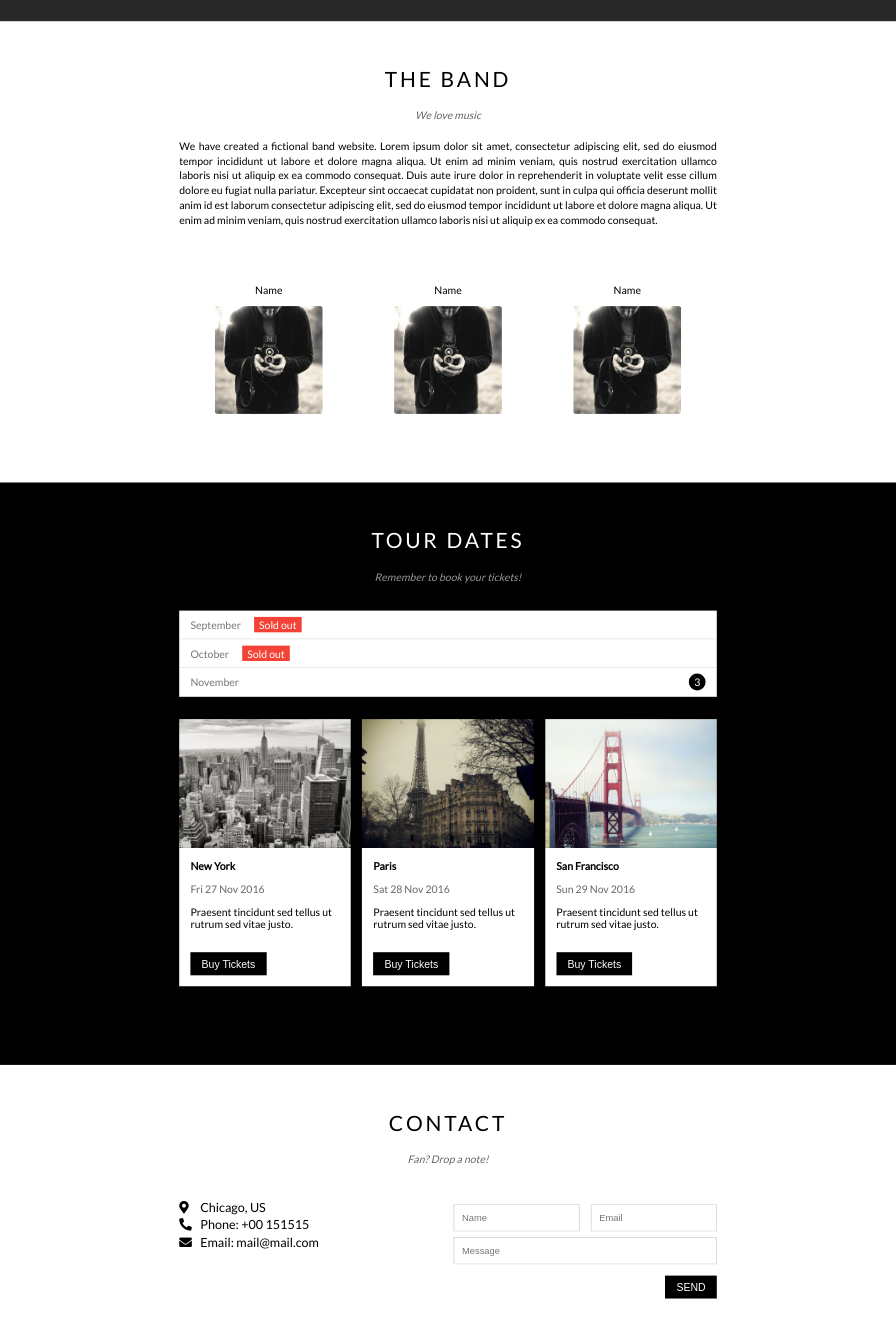
Repository: nguyenthaicong265/w3-band
Page: index.html
An editor plug-in stored every save of this project. The page is shown before and after the next save, followed by the edit.
The browser window is 1280 px wide. The pictures show the part of the page from y = 655 to 2575 px (the page is 2575 px tall before and 2527 px after), at 70% of full size.

Above is the page before, as saved 2022-01-05 01:16:23.

### index.html
<!DOCTYPE html>
<html lang="en">
<head>
    <meta charset="UTF-8">
    <meta http-equiv="X-UA-Compatible" content="IE=edge">
    <meta name="viewport" content="width=device-width, initial-scale=1.0">
    <title>Document</title>
    <link rel="stylesheet" href="./assets/css/styles.css">
    <link rel="stylesheet" href="https://fonts.googleapis.com/css?family=Lato">
    <link rel="stylesheet" href="./assets/font/themify-icons-font/themify-icons/themify-icons.css">
    <link rel="stylesheet" href="./assets/font/fontawesome-free-5.15.4-web/css/all.css">
</head>
<body>
    <div id="main">
        <div id="header">
            <ul id="nav">
                <li><a href="">Home</a></li>
                <li><a href="">Band</a></li>
                <li><a href="">Tour</a></li>
                <li><a href="">Contact</a></li>
                <li>
                    <a href="#">
                        More
                        <i class="fas fa-sort-down"></i>
                    </a>
                    <ul class="subnav">
                        <li><a href="#">Merchandise</a></li>
                        <li><a href="#">Extras</a></li>
                        <li><a href="#">Media</a></li>
                    </ul>
                </li>
            </ul>
            <div class="search-button">
                <i class="fas fa-search text-white"></i>
            </div>
        </div>

        <div id="slider">
            <div class="text-content text-white">
                <h2 class="text-head">Los Angeles
                </h2>
                <div class="text-description">We had the best time playing at Venice Beach!
                </div>
            </div>
        </div>

        <div id="content">
            <!-- About-section -->
            <div class="band-section">
                <div class="content-section">
                    <h2 class="section-heading">
                    THE BAND
                    </h2>
                    <p class="section-sub-heading">
                    We love music
                    </p>
                    <p class="about-text">We have created a fictional band website. Lorem ipsum dolor sit amet, consectetur adipiscing elit, sed do eiusmod tempor incididunt ut labore et dolore magna aliqua. Ut enim ad minim veniam, quis nostrud exercitation ullamco laboris nisi ut aliquip ex ea commodo consequat. Duis aute irure dolor in reprehenderit in voluptate velit esse cillum dolore eu fugiat nulla pariatur. Excepteur sint occaecat cupidatat non proident, sunt in culpa qui officia deserunt mollit anim id est laborum consectetur adipiscing elit, sed do eiusmod tempor incididunt ut labore et dolore magna aliqua. Ut enim ad minim veniam, quis nostrud exercitation ullamco laboris nisi ut aliquip ex ea commodo consequat.
                    </p>

                    <!-- Member -->
                    <div class="members-list">
                        <div class="member-item">
                            <p class="member-name">Name</p>
                            <img src="./assets/img/band/member1.jpg" alt="Name" class="member-avatar">
                        </div>

                        <div class="member-item">
                            <p class="member-name">Name</p>
                            <img src="./assets/img/band/member1.jpg" alt="Name" class="member-avatar">
                        </div>

                        <div class="member-item">
                            <p class="member-name">Name</p>
                            <img src="./assets/img/band/member1.jpg" alt="Name" class="member-avatar">
                        </div>
                    </div>
                </div>
            </div>

            <!-- Tour-section -->
            <div class="tour-section">
                <div class="content-section">
                    <h2 class="section-heading text-white">
                    TOUR DATES
                    </h2>
                    <p class="section-sub-heading text-white">
                    Remember to book your tickets!
                    </p>

                    <!-- Tickets  -->
                    <ul class="tickets-list">
                        <li>September <span class="sold-out text-white">Sold out</span></li>
                        <li>October <span class="sold-out text-white">Sold out</span></li>
                        <li>November <span class="quantity text-white">3</span></li>
                    </ul>

                    <!-- Places -->
                    <div class="row places-list">
                        <div class="col col-third">
                            <img src="./assets/img/places/newyork.jpg" alt="New York" class="place-img">
                            <div class="place-body">
                                <h3 class="place-heading">
                                    New York
                                </h3>
                                <p class="place-time">
                                    Fri 27 Nov 2016
                                </p>
                                <p class="place-dsc">
                                    Praesent tincidunt sed tellus ut rutrum sed vitae justo.
                                </p>
                                <button class="btn js-buy-ticket">Buy Tickets</button>
                            </div>
                        </div>

                        <div class="col col-third">
                            <img src="./assets/img/places/paris.jpg" alt="Paris" class="place-img">
                            <div class="place-body">
                                <h3 class="place-heading">
                                    Paris
                                </h3>
                                <p class="place-time">
                                    Sat 28 Nov 2016
                                </p>
                                <p class="place-dsc">
                                    Praesent tincidunt sed tellus ut rutrum sed vitae justo.
                                </p>
                                <button class="btn js-buy-ticket">Buy Tickets</button>
                            </div>
                        </div>

                        <div class="col col-third">
                            <img src="./assets/img/places/sanfran.jpg" alt="San Francisco" class="place-img">
                            <div class="place-body">
                                <h3 class="place-heading">
                                    San Francisco
                                </h3>
                                <p class="place-time">
                                    Sun 29 Nov 2016
                                </p>
                                <p class="place-dsc">
                                    Praesent tincidunt sed tellus ut rutrum sed vitae justo.
                                </p>
                                <button class="btn js-buy-ticket">Buy Tickets</button>
                            </div>
                        </div>
                    </div>
                </div>
            </div>

            <!-- Contact-section -->
            <div class="content-section">
                <h2 class="section-heading">
                CONTACT</h2>
                <p class="section-sub-heading">
                Fan? Drop a note!</p>
                <div class="row contact-content">
                    <div class="col col-half contact-info">
                        <p><i class="fas fa-map-marker-alt"></i>Chicago, US</p>
                        <p><i class="fas fa-phone-alt"></i>Phone: +00 151515</p>
                        <p><i class="fas fa-envelope"></i>Email: mail@mail.com</p>
                    </div>
                    <div class="col col-half contact-form">
                        <form action="">
                            <div class="row mt-8">
                                <div class="col col-half">
                                    <input type="text" name="" required placeholder="Name" id="" class="form-control">
                                </div>
                                <div class="col col-half">
                                    <input type="email" name="" required placeholder="Email" id="" class="form-control">
                                </div>
                            </div>
                            <div class="row mt-8">
                                <div class="col col-full">
                                    <input type="text" name="" required placeholder="Message" id="" class="form-control">
                                </div>
                            </div>
                            <input class="btn pull-right mt-16" type="submit" value="SEND">
                        </form>
                    </div>
                </div>
            </div>
        </div>

        <div id="footer">

        </div>
    </div>
    <div class="modal js-modal">
         <div class="modal-contaner js-modal-container">
             <div class="modal-close js-modal-close">
                <i class="fas fa-times"></i>
             </div>

             <div class="modal-header text-white">
                <i class="fas fa-suitcase"></i> Tickets
             </div>

             <div class="modal-body">
                <label for="ticket-quantity" class="modal-label">
                    <i class="fas fa-shopping-cart"></i>
                    Tickets, $15 per person
                 </label>
                 <input type="text" id="ticket-quantity" class="modal-input" placeholder="How many?">

                 <label for="ticket-email" class="modal-label">
                    <i class="fas fa-user"></i>
                    Send To
                 </label>
                 <input type="text" id="ticket-email" class="modal-input" placeholder="Enter email">

                <button id="buy-ticket">
                    Pay
                    <i class="fas fa-check"></i>
                </button>
             </div>

             <div class="modal-footer">
                 <p class="modal-help">
                     Need <a href="">help?</button>
                 </p>
             </div>
         </div>
    </div>

    <script>
        const buyBtns = document.querySelectorAll('.js-buy-ticket')
        const modal = document.querySelector('.js-modal')
        const modalContainer = document.querySelector('.js-modal-container')
        const modalClose = document.querySelector('.js-modal-close')

        // Hàm hiển thị modal mua vé
        function showBuyTickets() {
            modal.classList.add('open')
        }

        // Hàm ẩn modal mua vé
        function closeBuyTickets() {
            modal.classList.remove('open')
        }

        // Lắng nghe click vào từng button Buy Ticket
        for (const buyBtn of buyBtns) {
            buyBtn.addEventListener('click', showBuyTickets)
        }

        // Lắng nghe click vào button close
        modalClose.addEventListener('click', closeBuyTickets)

        // Lắng nghe click vào modal
        modal.addEventListener('click', closeBuyTickets)

        // Lắng nghe click vào container
        modalContainer.addEventListener('click', function(event) {
            event.stopPropagation()
        })
    </script>
</body>
</html>

### assets/css/styles.css
/* Reset CSS */
* {
    padding: 0;
    margin: 0;
    box-sizing: border-box;
}

html {
    font-family: "Lato", sans-serif;
    font-size: 62.5%;
}

/* Common */
.clear {
    clear: both;
}

.text-white {
    color: #ffff !important;
}

.row {
    margin-left: -8px;
    margin-right: -8px;
    overflow: hidden;
}

.col {
    float: left;
    padding-left: 8px;
    padding-right: 8px;
}

.col-third {
    width: 33.33333%;
}

.col-half {
    width: 50%;
}

.col-full {
    width: 100%;
}

.mt-8 {
    margin-top: 8px;
}

.mt-16 {
    margin-top: 16px;
}

.btn {
    display: inline-block;
    font-size: 15px;
    color: #ffff;
    background-color: #000;
    text-decoration: none;
    padding: 8px 16px;
    margin-top: 16px;
    border: 0px;
    cursor: pointer;
}

.btn:hover {
    color: #000;
    background-color: #ccc;
}

.pull-right {
    float: right;
    overflow: hidden;
}

/* Main */

#main {

}

#header {
    position: fixed;
    top: 0;
    left: 0;
    right: 0;
    height: 46.5px;
    background-color: #000000;
    z-index: 1;
}

#header .search-button {
    float: right;
    padding: 0 21px;
}

#header .search-button:hover {
    cursor: pointer;
    background-color: #f44336!important;
}

#header .fa-search {
    font-size: 13px;
    line-height: 46px;
}

#nav, .subnav {
    display: inline-block;
    list-style-type: none;
}

#nav > li {
    display: inline-block;
}

#nav li {
    position: relative;
}

#nav > li > a {
    color: #ffffff;
    text-transform: uppercase;
}

#nav li a {
    text-decoration: none;
    line-height: 46.5px;
    padding: 0px 24px;
    font-size: 1.5rem;
    display: block;
}

#nav .fa-sort-down {
    font-size: 20px;
}

#nav li:hover .subnav {
    display: block;

}

#nav > li:hover > a,
#nav .subnav li:hover a {
    color: #000 !important;
    background-color: #ccc !important;
}

#nav .subnav {
    display: none;
    position: absolute;
    min-width: 160px;
    top: 46.5px;
    background-color: #ffffff;
    box-shadow: 0 0 10px rgba(0, 0, 0, 0.3);
}

#nav .subnav a {
    color: #000;
    padding: 0 12px;
    line-height: 38px;
}

#slider {
    position: relative;
    margin-top: 46px;
    padding-top: 50%;
    background: url(/assets/img/slider/slider1.jpg) top center / cover no-repeat;
}

#slider .text-content {
    position: absolute;
    bottom: 48px;
    width: 100%;
    text-align: center;
}

#slider .text-head {
    font-weight: 100;
    font-size: 24px;
    margin-bottom: 10px;
}
#slider .text-description {
    font-size: 15px;
    margin-top: 15px;
}

#content {
}

#content .content-section {
    width: 800px;
    padding: 64px 16px ;
    margin-left: auto;
    margin-right: auto;
}

#content .section-heading {
    font-size: 30px;
    font-weight: 400;
    letter-spacing: 4px;
    text-align: center;
}

#content .section-sub-heading {
    font-size: 15px;
    font-style: italic;
    text-align: center;
    opacity: 0.6;
    margin-top: 25px;
}

#content .about-text {
    text-align: justify;
    font-size: 15px;
    margin-top: 25px;
    line-height: 1.4;
}

#content .members-list {
    margin-top: 48px;
    overflow: hidden;
    padding-top: 32px !important;
    padding-bottom: 32px !important;
}

#content .member-item {
    float: left;
    width: 33.333333%;
    text-align: center;
}

#content .member-name {
    font-size: 15px;


}

#content .member-avatar {
    width: 60%;
    margin-top: 15px;
    border-radius: 4px;
}

.tour-section {
    background-color: #000;
    width: 100%;
}

.tickets-list {
    background-color: #ffffff;
    margin-top: 40px;
    list-style-type: none;
}

.tickets-list li {
    font-size: 15px;
    padding: 11px 16px;
    border-bottom: 1px solid #dddd;
    color: #757575;
}

.tickets-list .sold-out {
    background-color: #f44336!important;
    padding: 2px 7px;
    margin-left: 16px;
}

.tickets-list .quantity {
    float: right;
    width: 24px;
    height: 24px;
    background-color: #000;
    border-radius: 50%;
    line-height: 24px;
    text-align: center;
    margin-top: -3px;
}

.places-list {
    margin-top: 32px;
    margin-bottom: 48px;
    overflow: hidden;
}

.place-img {
    display: block;
    width: 100%;
}

.place-img:hover {
    opacity: 0.6;
}

.place-body {
    background-color: #ffff;
    padding: 16px;
}

.place-heading {
    font-size: 15px;
    font-weight: bolder;
    margin-bottom: 15px;
}

.place-time {
    font-size: 15px;
    opacity: 0.6;
    margin-bottom: 15px;
}

.place-dsc {
    font-size: 15px;
    margin-bottom: 15px;
}

.fas {
    display: inline-block;
}

.contact-content {
    margin-top: 48px;
}

.contact-info {
    font-size: 18px;
    line-height: 1.4;
}

.contact-info .fas {
    width: 30px;
}

.contact-form {
    font-size: 15px;
}

.contact-form .form-control {
    padding: 11px;
    border: 1px solid #ccc;
    width: 100%;
}

#footer {

}

.modal {
    position: fixed;
    top: 0;
    right: 0;
    bottom: 0;
    left: 0;
    background: rgba(0, 0, 0, 0.4);
    align-items: center;
    justify-content: center;
    display: none;
}

.modal.open {
    display: flex;
}

.modal-contaner {
    background: #fff;
    width: 900px;
    max-width: calc(100% - 32px);
    min-height: 200px;
    position: relative;
    animation: modalFadeIn ease 0.5s;
}

.modal-close {
    position: absolute;
    right: 0;
    top: 0;
    padding: 15px;
    cursor: pointer;
    color: #fff;
    font-size: 15px;
}

.modal-close:hover {
    background-color: #ccc;
    color: #000;
}

.modal-header {
    background-color: #009688;
    height: 130px;
    display: flex;
    align-items: center;
    justify-content: center;
    font-size: 30px;
    letter-spacing: 5px;
}

.modal-header .fa-suitcase {
    margin-right: 15px;
}

.modal-body {
    padding: 15px;

}

.modal-body .modal-label {
    display: block;
    font-size: 15px;
    opacity: 0.8;
}

.modal-body .modal-input {
    border: 1px solid #ccc;
    padding: 8px;
    margin: 15px 0;
    width: 100%;
    font-size: 15px;
}

#buy-ticket {
    background-color: #009688;
    color: #fff;
    font-size: 15px;
    padding: 15px;
    width: 100%;
    border: 0px;
}

#buy-ticket:hover {
    background-color: #ccc;
    color: #000;
}

.modal-footer {
    padding: 16px;
    text-align: right;
    font-size: 15px;
}

.modal-help {
    top: 0;
    right: 0;
}

.modal-help a {
    color: #2196F3;
}

@keyframes modalFadeIn {
    from {
        opacity: 0;
        transform: translateY(-100px);
    }
    to {
        opacity: 1;
        transform: translateY(0px);
    }
}

Loaded but not shown: assets/font/themify-icons-font/themify-icons/themify-icons.css (common file); assets/font/fontawesome-free-5.15.4-web/css/all.css (library)

After the next save:
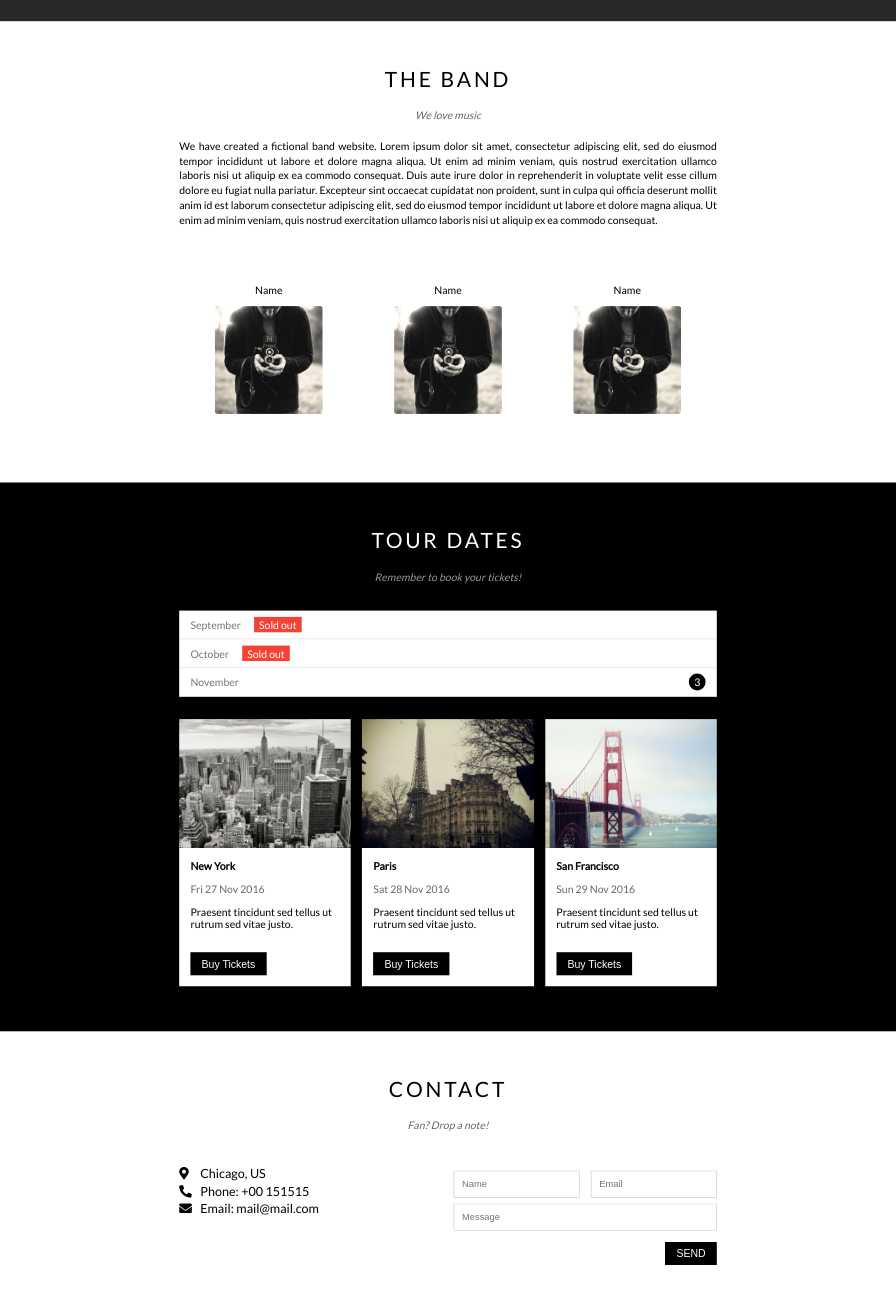
Saved 69 s later.
--- a/assets/css/styles.css
+++ b/assets/css/styles.css
@@ -278,7 +278,6 @@
 
 .places-list {
     margin-top: 32px;
-    margin-bottom: 48px;
     overflow: hidden;
 }
 
